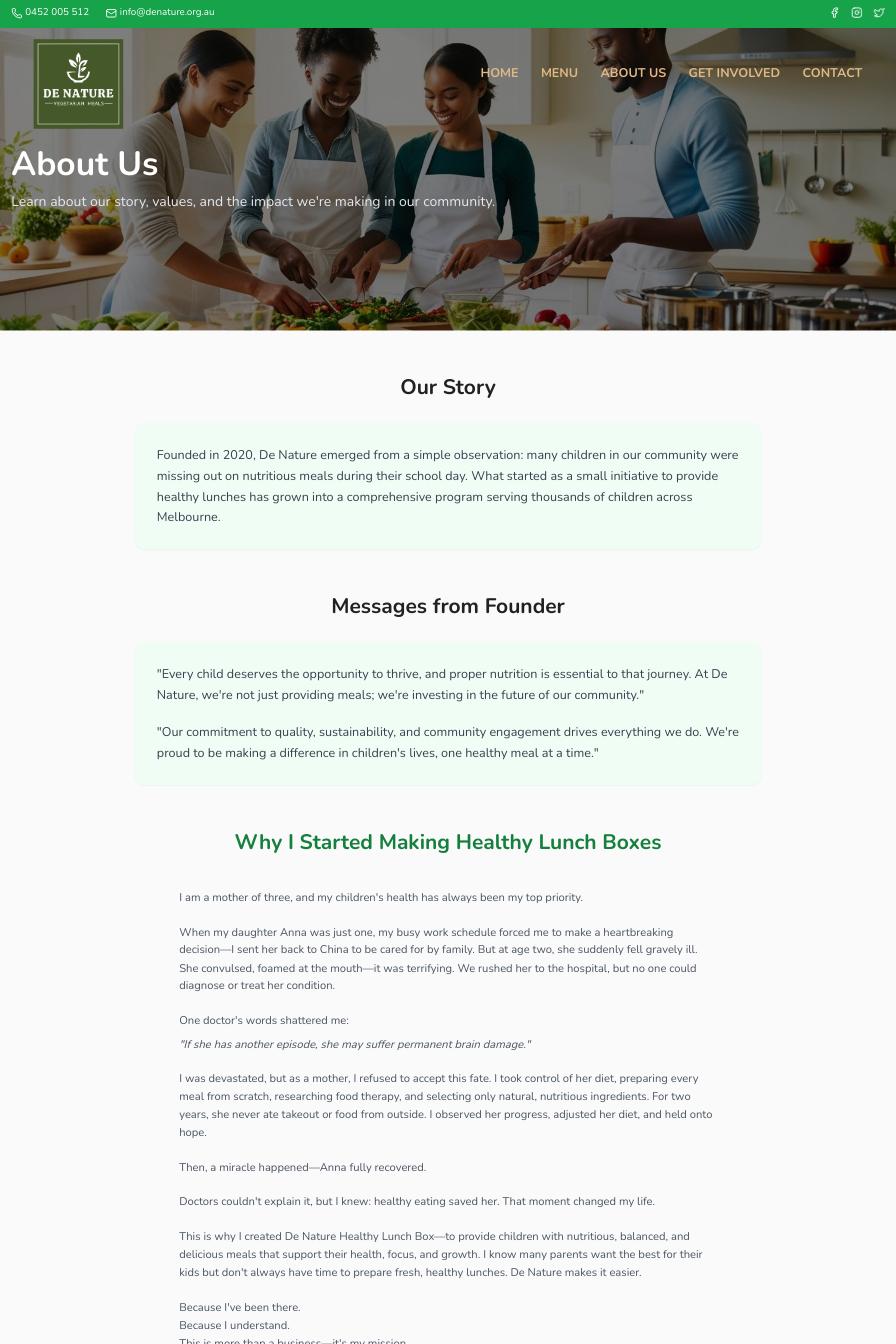
Repository: sunnyyan01/denature-website
Page: /about
The author's editor kept a copy of each file at every save. The page is drawn from the files as they stood at one save, then again after the next save.
The browser window is 1280 px wide. The pictures show the part of the page from y = 0 to 1920 px (the page is 3072 px tall before and 3088 px after), at 70% of full size.
The project was rebuilt for these pictures with package versions that can differ from the ones it lists, and the page was loaded fresh each time. The framework's server and built-in components were replaced by stand-ins that run in the browser. Also part of the build but not shown: next.config.js.

Above is the page before, as saved 2025-05-14 20:57:17.

### src/components/Navbar.tsx
'use client';

import Link from 'next/link';
import { useState, useEffect } from 'react';
import { ChevronDown } from 'lucide-react';
import Image from 'next/image';
import { usePathname } from 'next/navigation';

export default function Navbar() {
  const [isMobileMenuOpen, setIsMobileMenuOpen] = useState(false);
  const [isGetInvolvedOpen, setIsGetInvolvedOpen] = useState(false);
  const [isAboutOpen, setIsAboutOpen] = useState(false);
  const pathname = usePathname();

  const navigation = [
    { name: 'HOME', href: '/' },
    { name: 'MENU', href: '/menu' },
    { name: 'ABOUT US', href: '/about' },
    { name: 'GET INVOLVED', href: '/get-involved' },
    { name: 'CONTACT', href: '/contact' },
  ];

  const aboutLinks = [
    { name: 'Our Story', href: '/about/our-story' },
    { name: 'Our Mission', href: '/about/our-mission' },
    { name: 'Messages from Founder', href: '/about/messages-from-founder' },
  ];

  const getInvolvedLinks = [
    { name: 'Volunteer', href: '/get-involved/volunteer' },
    { name: 'Donate Funds', href: '/get-involved/donate-funds' },
    { name: 'Donate Food', href: '/get-involved/donate-food' },
    { name: 'Become a Sponsor', href: '/get-involved/become-sponsor' },
    { name: 'Partner With Us', href: '/get-involved/partner-with-us' },
  ];

  return (
    <>
      {/* Social Info Bar */}
      <div className="bg-green-600 text-white py-2">
        <div className="container mx-auto px-4 flex justify-between items-center">
          <div className="flex space-x-4">
            <a href="tel:0452005512" className="hover:text-green-200">
              <i className="fas fa-phone mr-2"></i>0452 005 512
            </a>
            <a href="mailto:info@denature.com" className="hover:text-green-200">
              <i className="fas fa-envelope mr-2"></i>info@denature.com
            </a>
          </div>
          <div className="flex space-x-4">
            <a href="#" className="hover:text-green-200">
              <i className="fab fa-facebook-f"></i>
            </a>
            <a href="#" className="hover:text-green-200">
              <i className="fab fa-twitter"></i>
            </a>
            <a href="#" className="hover:text-green-200">
              <i className="fab fa-instagram"></i>
            </a>
            <a href="#" className="hover:text-green-200">
              <i className="fab fa-linkedin-in"></i>
            </a>
          </div>
        </div>
      </div>

      {/* Main Navigation */}
      <nav className="absolute w-full z-40 transition-all duration-300 bg-transparent">
        <div className="container mx-auto px-12">
          <div className="flex items-center justify-between h-32">
            <Link href="/" className="flex items-center mt-8">
              <img
                src="/images/logo/logo-clear.png"
                alt="DE NATURE Logo"
                className="h-32 w-auto"
              />
            </Link>

            {/* Desktop Navigation */}
            <div className="hidden md:flex items-center space-x-8">
              {navigation.map((item) => (
                <div key={item.name} className="relative group">
                  {item.name === 'ABOUT US' || item.name === 'GET INVOLVED' ? (
                    <button
                      className={`text-[#DEB887] hover:text-[#D2B48C] transition-colors text-lg font-bold ${
                        pathname === item.href ? 'text-[#D2B48C]' : ''
                      }`}
                      onMouseEnter={() => item.name === 'ABOUT US' ? setIsAboutOpen(true) : setIsGetInvolvedOpen(true)}
                      onMouseLeave={() => item.name === 'ABOUT US' ? setIsAboutOpen(false) : setIsGetInvolvedOpen(false)}
                    >
                      {item.name}
                      <span className="absolute -top-2 left-0 w-full h-0.5 bg-current transform scale-x-0 transition-transform duration-300 group-hover:scale-x-100"></span>
                    </button>
                  ) : (
                    <Link
                      href={item.href}
                      className={`text-[#DEB887] hover:text-[#D2B48C] transition-colors text-lg font-bold ${
                        pathname === item.href ? 'text-[#D2B48C]' : ''
                      }`}
                    >
                      {item.name}
                      <span className="absolute -top-2 left-0 w-full h-0.5 bg-current transform scale-x-0 transition-transform duration-300 group-hover:scale-x-100"></span>
                    </Link>
                  )}
                  {item.name === 'ABOUT US' && (
                    <div
                      className={`absolute top-full left-0 w-48 bg-white/80 backdrop-blur-sm shadow-lg rounded-lg py-2 transition-all duration-200 ${
                        isAboutOpen ? 'opacity-100 visible' : 'opacity-0 invisible'
                      }`}
                      onMouseEnter={() => setIsAboutOpen(true)}
                      onMouseLeave={() => setIsAboutOpen(false)}
                    >
                      {aboutLinks.map((link) => (
                        <Link
                          key={link.name}
                          href={link.href}
                          className="block px-4 py-2 text-gray-700 hover:bg-green-50 hover:text-green-700 transition-colors"
                        >
                          {link.name}
                        </Link>
                      ))}
                    </div>
                  )}
                  {item.name === 'GET INVOLVED' && (
                    <div
                      className={`absolute top-full left-0 w-48 bg-white/80 backdrop-blur-sm shadow-lg rounded-lg py-2 transition-all duration-200 ${
                        isGetInvolvedOpen ? 'opacity-100 visible' : 'opacity-0 invisible'
                      }`}
                      onMouseEnter={() => setIsGetInvolvedOpen(true)}
                      onMouseLeave={() => setIsGetInvolvedOpen(false)}
                    >
                      {getInvolvedLinks.map((link) => (
                        <Link
                          key={link.name}
                          href={link.href}
                          className="block px-4 py-2 text-gray-700 hover:bg-green-50 hover:text-green-700 transition-colors"
                        >
                          {link.name}
                        </Link>
                      ))}
                    </div>
                  )}
                </div>
              ))}
            </div>

            {/* Mobile Menu Button */}
            <button
              className="md:hidden text-[#DEB887]"
              onClick={() => setIsMobileMenuOpen(!isMobileMenuOpen)}
            >
              <svg className="w-6 h-6" fill="none" stroke="currentColor" viewBox="0 0 24 24">
                {isMobileMenuOpen ? (
                  <path strokeLinecap="round" strokeLinejoin="round" strokeWidth={2} d="M6 18L18 6M6 6l12 12" />
                ) : (
                  <path strokeLinecap="round" strokeLinejoin="round" strokeWidth={2} d="M4 6h16M4 12h16M4 18h16" />
                )}
              </svg>
            </button>
          </div>
        </div>

        {/* Mobile Menu */}
        <div className={`md:hidden transition-all duration-300 ${isMobileMenuOpen ? 'max-h-screen opacity-100' : 'max-h-0 opacity-0 overflow-hidden'}`}>
          <div className="py-4 space-y-4 bg-white/80 backdrop-blur-sm">
            {navigation.map((item) => (
              <div key={item.name}>
                {item.name === 'ABOUT US' ? (
                  <div>
                    <button
                      onClick={() => setIsAboutOpen(!isAboutOpen)}
                      className="text-gray-700 hover:text-green-700 transition-colors flex items-center justify-between w-full px-4"
                    >
                      {item.name}
                      <ChevronDown className={`w-4 h-4 transition-transform ${isAboutOpen ? 'rotate-180' : ''}`} />
                    </button>
                    {isAboutOpen && (
                      <div className="pl-4 space-y-2 mt-2">
                        {aboutLinks.map((link) => (
                          <Link
                            key={link.name}
                            href={link.href}
                            className="block text-gray-700 hover:text-green-700 transition-colors px-4"
                            onClick={() => setIsMobileMenuOpen(false)}
                          >
                            {link.name}
                          </Link>
                        ))}
                      </div>
                    )}
                  </div>
                ) : item.name === 'GET INVOLVED' ? (
                  <div>
                    <button
                      onClick={() => setIsGetInvolvedOpen(!isGetInvolvedOpen)}
                      className="text-gray-700 hover:text-green-700 transition-colors flex items-center justify-between w-full px-4"
                    >
                      {item.name}
                      <ChevronDown className={`w-4 h-4 transition-transform ${isGetInvolvedOpen ? 'rotate-180' : ''}`} />
                    </button>
                    {isGetInvolvedOpen && (
                      <div className="pl-4 space-y-2 mt-2">
                        {getInvolvedLinks.map((link) => (
                          <Link
                            key={link.name}
                            href={link.href}
                            className="block text-gray-700 hover:text-green-700 transition-colors px-4"
                            onClick={() => setIsMobileMenuOpen(false)}
                          >
                            {link.name}
                          </Link>
                        ))}
                      </div>
                    )}
                  </div>
                ) : (
                  <Link
                    href={item.href}
                    className="block text-gray-700 hover:text-green-700 transition-colors px-4"
                    onClick={() => setIsMobileMenuOpen(false)}
                  >
                    {item.name}
                  </Link>
                )}
              </div>
            ))}
          </div>
        </div>
      </nav>
    </>
  );
}

Loaded but not shown: tailwind.config.js (104 lines, source omitted); src/app/about/page.tsx (144 lines, source omitted); src/app/globals.css (260 lines, source omitted); src/components/Footer.tsx (18 lines, source omitted); src/app/layout.tsx (95 lines, source omitted)

After the next save:
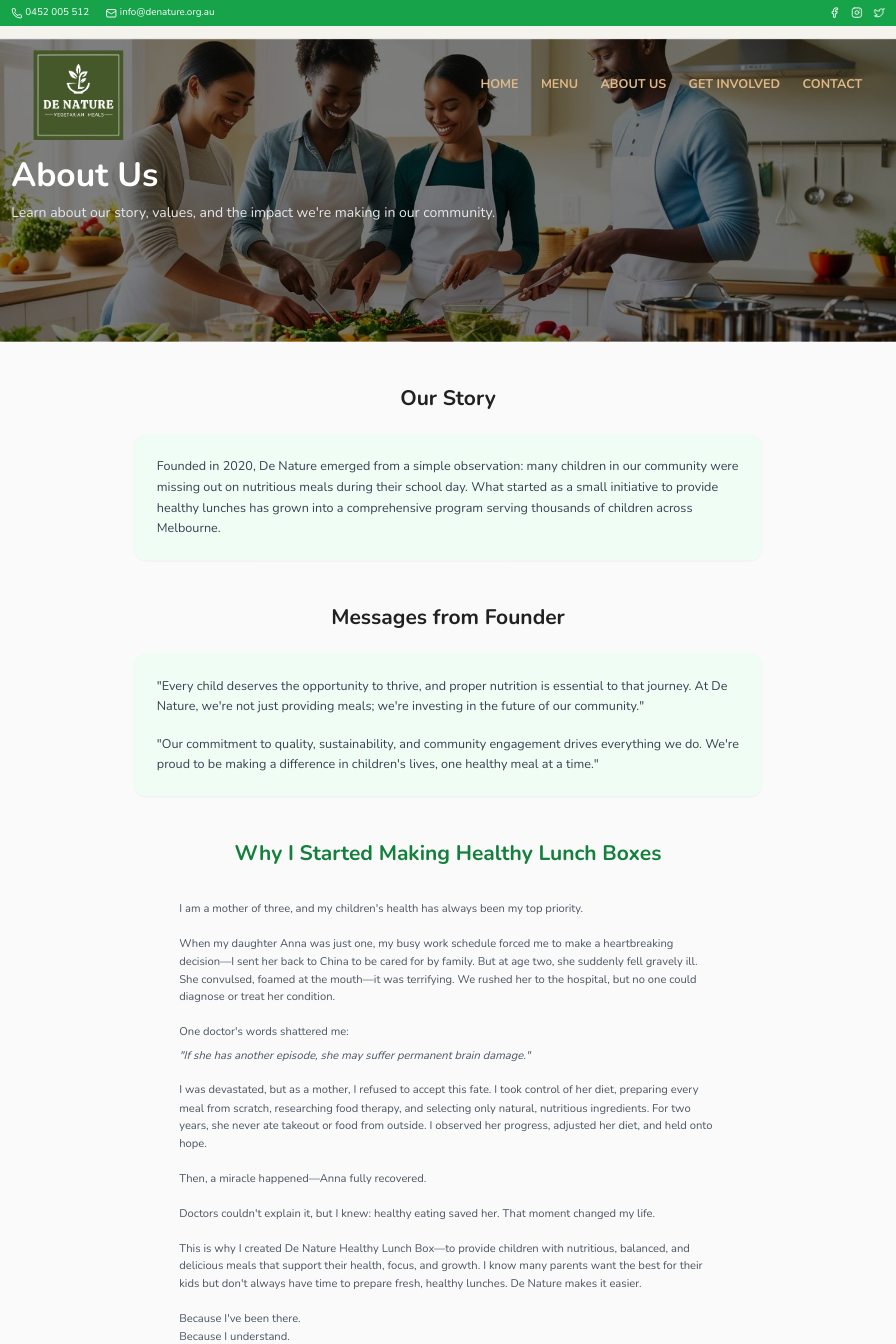
Saved 60 s later.
--- a/src/components/Navbar.tsx
+++ b/src/components/Navbar.tsx
@@ -5,6 +5,7 @@
 import { ChevronDown } from 'lucide-react';
 import Image from 'next/image';
 import { usePathname } from 'next/navigation';
+import { FiFacebook, FiInstagram, FiTwitter } from 'react-icons/fi';
 
 export default function Navbar() {
   const [isMobileMenuOpen, setIsMobileMenuOpen] = useState(false);
@@ -36,29 +37,33 @@
 
   return (
     <>
-      {/* Social Info Bar */}
-      <div className="bg-green-600 text-white py-2">
-        <div className="container mx-auto px-4 flex justify-between items-center">
-          <div className="flex space-x-4">
-            <a href="tel:0452005512" className="hover:text-green-200">
-              <i className="fas fa-phone mr-2"></i>0452 005 512
+      {/* 顶部社交信息栏 */}
+      <div
+        className="w-full"
+        style={{
+          background: '#F5F3ED',
+          height: '56px',
+          borderBottom: '1px solid #E0E0E0',
+          fontFamily: "'Inter', 'Lato', sans-serif",
+        }}
+      >
+        <div className="container flex items-center justify-between h-full px-4">
+          {/* 联系方式 */}
+          <div className="flex items-center space-x-6 text-[#2E5E4E] text-sm">
+            <a href="tel:0452005512" className="hover:underline">0452 005 512</a>
+            <span className="hidden sm:inline">|</span>
+            <a href="mailto:info@denature.org.au" className="hover:underline">info@denature.org.au</a>
+          </div>
+          {/* 社交图标 */}
+          <div className="flex items-center space-x-4">
+            <a href="#" className="text-[#2E5E4E] hover:text-[#4A7C59]">
+              <FiFacebook className="w-5 h-5" />
             </a>
-            <a href="mailto:info@denature.com" className="hover:text-green-200">
-              <i className="fas fa-envelope mr-2"></i>info@denature.com
+            <a href="#" className="text-[#2E5E4E] hover:text-[#4A7C59]">
+              <FiInstagram className="w-5 h-5" />
             </a>
-          </div>
-          <div className="flex space-x-4">
-            <a href="#" className="hover:text-green-200">
-              <i className="fab fa-facebook-f"></i>
-            </a>
-            <a href="#" className="hover:text-green-200">
-              <i className="fab fa-twitter"></i>
-            </a>
-            <a href="#" className="hover:text-green-200">
-              <i className="fab fa-instagram"></i>
-            </a>
-            <a href="#" className="hover:text-green-200">
-              <i className="fab fa-linkedin-in"></i>
+            <a href="#" className="text-[#2E5E4E] hover:text-[#4A7C59]">
+              <FiTwitter className="w-5 h-5" />
             </a>
           </div>
         </div>

After the save that followed:
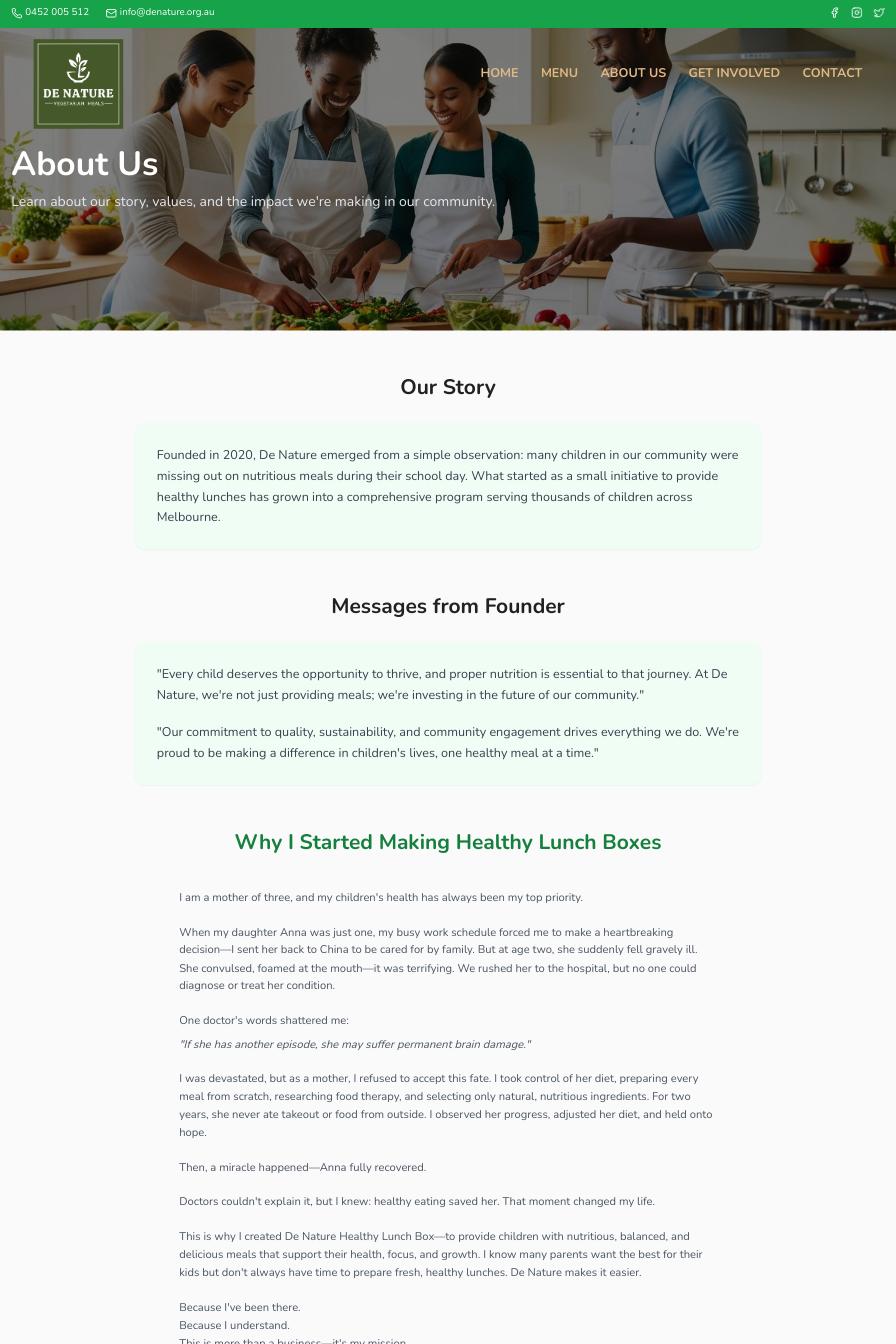
Saved 63 s later.
--- a/src/components/Navbar.tsx
+++ b/src/components/Navbar.tsx
@@ -5,7 +5,6 @@
 import { ChevronDown } from 'lucide-react';
 import Image from 'next/image';
 import { usePathname } from 'next/navigation';
-import { FiFacebook, FiInstagram, FiTwitter } from 'react-icons/fi';
 
 export default function Navbar() {
   const [isMobileMenuOpen, setIsMobileMenuOpen] = useState(false);
@@ -37,33 +36,29 @@
 
   return (
     <>
-      {/* 顶部社交信息栏 */}
-      <div
-        className="w-full"
-        style={{
-          background: '#F5F3ED',
-          height: '56px',
-          borderBottom: '1px solid #E0E0E0',
-          fontFamily: "'Inter', 'Lato', sans-serif",
-        }}
-      >
-        <div className="container flex items-center justify-between h-full px-4">
-          {/* 联系方式 */}
-          <div className="flex items-center space-x-6 text-[#2E5E4E] text-sm">
-            <a href="tel:0452005512" className="hover:underline">0452 005 512</a>
-            <span className="hidden sm:inline">|</span>
-            <a href="mailto:info@denature.org.au" className="hover:underline">info@denature.org.au</a>
-          </div>
-          {/* 社交图标 */}
-          <div className="flex items-center space-x-4">
-            <a href="#" className="text-[#2E5E4E] hover:text-[#4A7C59]">
-              <FiFacebook className="w-5 h-5" />
-            </a>
-            <a href="#" className="text-[#2E5E4E] hover:text-[#4A7C59]">
-              <FiInstagram className="w-5 h-5" />
-            </a>
-            <a href="#" className="text-[#2E5E4E] hover:text-[#4A7C59]">
-              <FiTwitter className="w-5 h-5" />
+      {/* Social Info Bar */}
+      <div className="bg-green-600 text-white py-2">
+        <div className="container mx-auto px-4 flex justify-between items-center">
+          <div className="flex space-x-4">
+            <a href="tel:0452005512" className="hover:text-green-200">
+              <i className="fas fa-phone mr-2"></i>0452 005 512
+            </a>
+            <a href="mailto:info@denature.com" className="hover:text-green-200">
+              <i className="fas fa-envelope mr-2"></i>info@denature.com
+            </a>
+          </div>
+          <div className="flex space-x-4">
+            <a href="#" className="hover:text-green-200">
+              <i className="fab fa-facebook-f"></i>
+            </a>
+            <a href="#" className="hover:text-green-200">
+              <i className="fab fa-twitter"></i>
+            </a>
+            <a href="#" className="hover:text-green-200">
+              <i className="fab fa-instagram"></i>
+            </a>
+            <a href="#" className="hover:text-green-200">
+              <i className="fab fa-linkedin-in"></i>
             </a>
           </div>
         </div>
